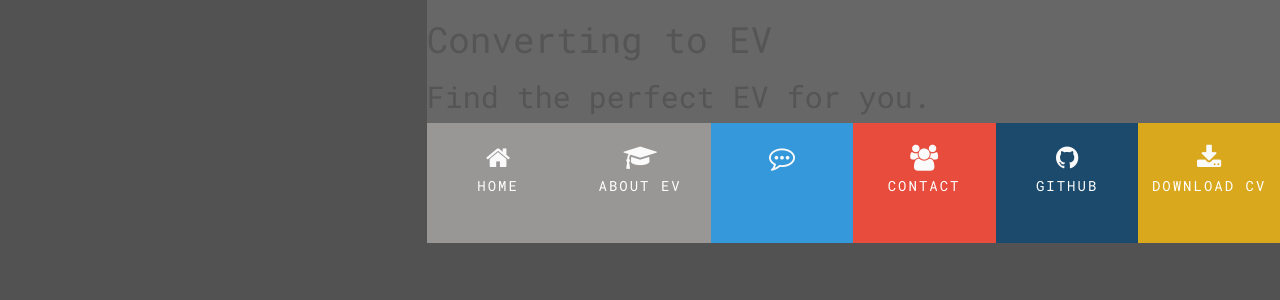
Repository: gnisco/2nd-project
Page: index.html
The author's editor kept a record of every edit. The page is drawn from the files as they stood at one moment, then again after the next edit.
The browser window is 1280 px wide. The pictures show the whole page.
Some web libraries are served in a nearby version.

Above is the page before.

### index.html
<!DOCTYPE html>
<html lang="en">
<head>
    <link rel="stylesheet" href="https://maxcdn.bootstrapcdn.com/bootstrap/3.3.7/css/bootstrap.min.css" type="text/css" />
    <link rel="stylesheet" href="https://maxcdn.bootstrapcdn.com/font-awesome/4.7.0/css/font-awesome.min.css" type="text/css" />
    <link rel="stylesheet" href="https://cdnjs.cloudflare.com/ajax/libs/hover.css/2.1.1/css/hover-min.css" type="text/css" />
    <link rel="stylesheet" href="assets/css/style.css" type="text/css" />
    <title>Convert to EV</title>
</head>

<body>
    <header class="container-fluid">
        <div class="row">
            <a href="index.html">
                <div class="col-md-4 logo"></div>
            </a>
            <div class="col-md-8">
                <div class="row bg-color-name-title">
                    <div class="heading">
                        <h1 class="name">Converting to EV</h1>
                        <h2 class="title">Find the perfect EV for you.</h2>
                    </div>
                </div>
                <div class="row">
                    <ul id="nav" class="list-inline clearfix">
                        <li class="col-xs-6 col-sm-2 ui-menu-color-home menuitem">
                            <a href="index.html" class="hvr-sweep-to-bottom"><i class="fa fa-home" aria-hidden="true"></i><span>Home</span></a>
                        </li>
                        <li class="col-xs-6 col-sm-2 ui-menu-color-resume menuitem">
                            <a href="resume.html" class="hvr-sweep-to-bottom"><i class="fa fa-graduation-cap" aria-hidden="true"></i><span>About EV</span></a>
                        </li>
                        <li class="col-xs-6 col-sm-2 ui-menu-color-contact menuitem">
                            <a href="contact.html" class="hvr-sweep-to-bottom"><i class=" fa fa-commenting-o" aria-hidden="true"></i><span></span></a>
                        </li>
                        <li class="col-xs-6 col-sm-2 ui-menu-color-interests menuitem">
                            <a href="interests.html" class="hvr-sweep-to-bottom"><i class="fa fa-users" aria-hidden="true"></i><span>Contact</span></a>
                        </li>
                        <li class="col-xs-6 col-sm-2 ui-menu-color-github menuitem">
                            <a href="github.html" class="hvr-sweep-to-bottom"><i class="fa fa-github" aria-hidden="true"></i><span>GitHub</span></a>
                        </li>
                        <li class="col-xs-6 col-sm-2 ui-menu-color-download menuitem">
                            <a href="assets/cv/sample-cv.pdf" target="_blank" class="hvr-sweep-to-bottom"><i class="fa fa-download" aria-hidden="true"></i><span>Download CV</span></a>
                        </li>
                    </ul>
                </div>
            </div>
        </div>
    </header>

</body>
</html>

### assets/css/style.css
@import url('https://fonts.googleapis.com/css?family=Roboto+Mono&display=swap');

#nav {
    margin: 0;
}

#nav li {
    padding: 0;
}

.menuitem {
    height: 120px;
    text-align: center;
    padding: 0;
}

.menuitem a {
    width: 100%;
    text-decoration: none;
    color: #ffffff;
    height: 120px;
}


.menuitem a i {
    padding-top: 22px;
    display: block;
    color: #fafafa;
    font-size: 26px;
}

.menuitem span {
    display: block;
    width: 100%;
    padding-top: 5px;
    text-align: center;
    text-transform: uppercase;
    font-size: 14px;
    font-weight: 300;
    letter-spacing: 2px;
}


/*--------------------------------------------Hover.css*/

.hvr-sweep-to-bottom:before {
    background: rgba(0, 0, 0, 0.2);
    height: 120px;
}

/*--------------------------------------------Colors*/

.bg-color-name-title {
    background-color: #676767;
}

.bg-color-three-reasons {
    background-color: #ffffff;
}

.bg-color-personal-info {
    background-color: #f4f4f4;
}

.bg-color-skills {
    background-color: #ffffff;
}

.bg-color-work-history {
    background-color: #9b59b6;
}

.bg-color-contact {
    background-color: #ffffff;
}

.bg-color-conferences {
    background-color: #f4f4f4;
}

.bg-color-groups {
    background-color: #ffffff;
}

.ui-menu-color-home {
    background-color: #999696;
}

.ui-menu-color-resume {
    background-color: #999696;
}

.ui-menu-color-contact {
    background-color: #3498db;
}

.ui-menu-color-download {
    background-color: #d9a81d;
}


.ui-menu-color-github {
    background-color: #1c4a6c;
}

.ui-menu-color-interests {
    background-color: #e74c3c;
}




body {
    font-family: Roboto Mono, sans-serif;
    font-weight: 200;
    background-color: #525252;
    color: #555555;
}

After the next edit:
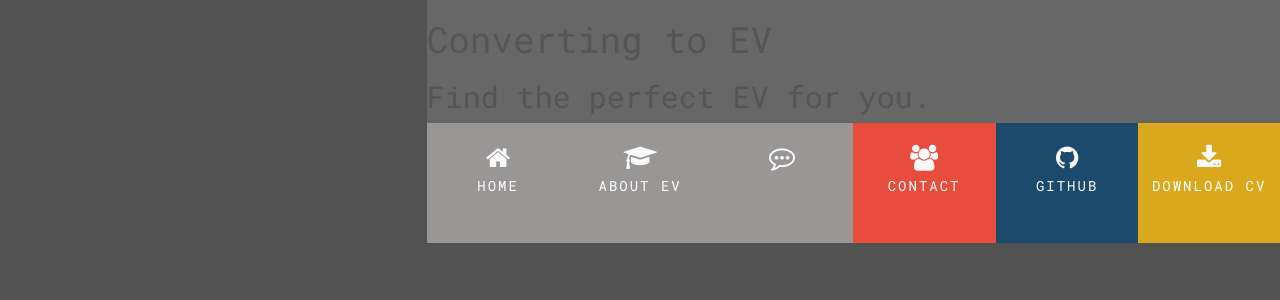
The edit:
--- a/assets/css/style.css
+++ b/assets/css/style.css
@@ -91,7 +91,7 @@
 }
 
 .ui-menu-color-contact {
-    background-color: #3498db;
+    background-color: #999696;
 }
 
 .ui-menu-color-download {
